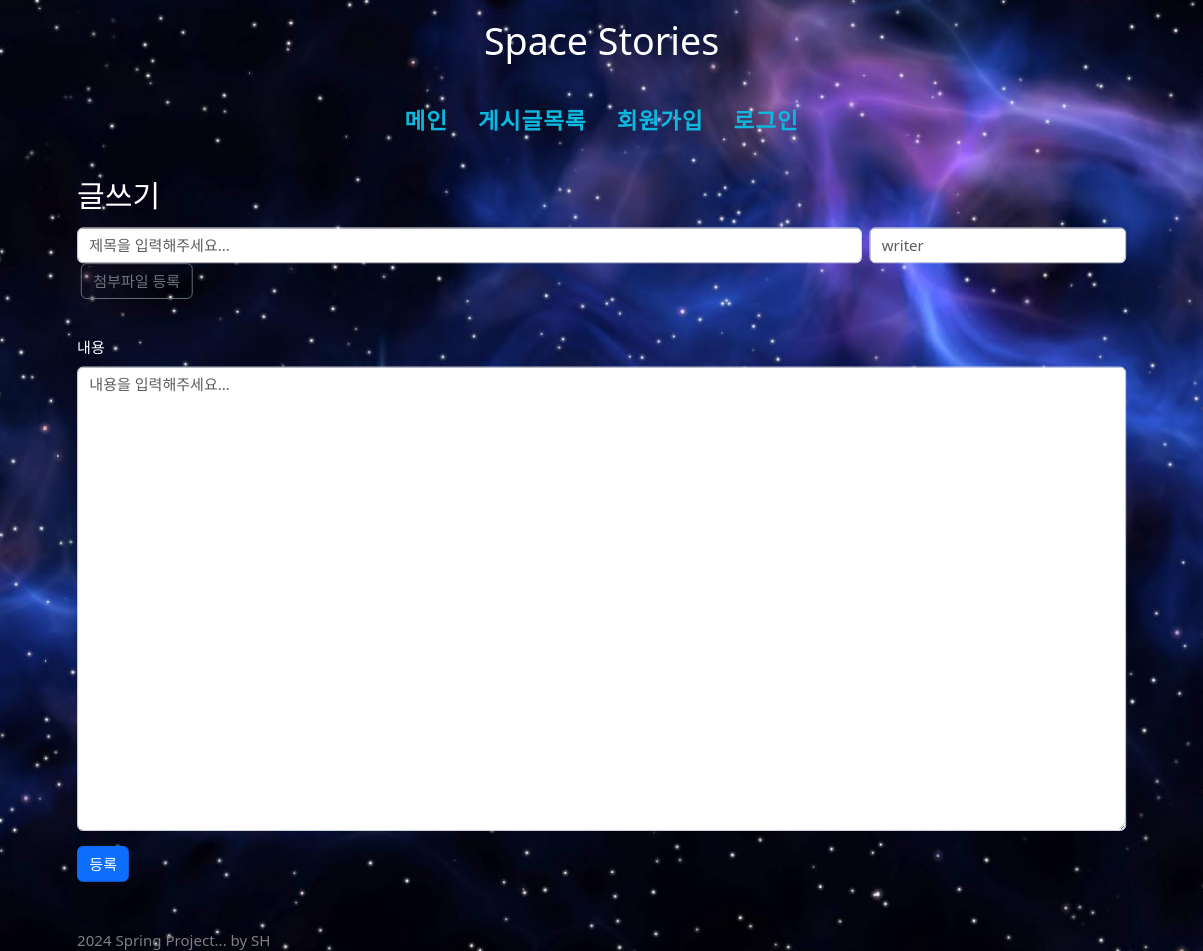
Repository: dtkd19/spring_personal_project
Page: http://localhost/myproject/WEB-INF/views/board/register.jsp
An editor plug-in stored every save of this project. The page is shown before and after a run of saves, followed by the edit.
The browser window is 1280 px wide. The pictures show the whole page, at 94% of full size.
The page is served by Tomcat 9. Nobody is signed in. Other server files are loaded and not shown. The template is opened directly, without the code that normally fills it, so the values that code supplies are empty.

Above is the page before, as saved 2024-11-08 09:12:54.

### myproject/src/main/webapp/WEB-INF/views/board/register.jsp
<%@ page language="java" contentType="text/html; charset=UTF-8"
	pageEncoding="UTF-8"%>
<%@ taglib uri="http://java.sun.com/jsp/jstl/core" prefix="c"%>
<%@ taglib uri="http://www.springframework.org/security/tags"  prefix="sec"%>

<jsp:include page="../layout/header.jsp" />

<sec:authentication property="principal.uvo.nickName" var="authNick"/>
<div class="container-md">
	<h2 style="margin-bottom: 15px">글쓰기</h2>
	<form action="/board/register" method="post" enctype="multipart/form-data">
		<div class="row g-2">
		  <div class="col-sm-9">
		   <input type="text"class="form-control" id="t" name="title" placeholder="제목을 입력해주세요...">
		  </div>
		  <div class="col-sm">
		    <input type="text" class="form-control" id="w" name="writer" placeholder="writer" value="${authNick }" readonly="readonly">
		  </div>
		</div>
		<div class="mb-3">
			<label for="file" class="form-label"></label>
			<input type="file" class="form-control" id="file" name="files" multiple="multiple" style="display:none">
			<button type="button" class="btn btn-outline-secondary" id="trigger">첨부파일 등록</button>
			<span id="fileZone"></span>
		</div>
		<div class="mb-3">
		<br>
			<label for="c" class="form-label">내용</label>
			<textarea class="form-control" id="c" rows="20" cols="5" name="content" placeholder="내용을 입력해주세요..."></textarea>
		</div>
		<button type="submit" class="btn btn-primary" id="regBtn">등록</button>
	</form>
</div>

<script type="text/javascript" src="/resources/js/boardRegister.js"></script>

<jsp:include page="../layout/footer.jsp" />

### myproject/src/main/webapp/resources/css/header.css
@charset "UTF-8";

body{
	background-image: url("../image/123123123.jpg");
    background-size: cover;
    background-position: center center;
    background-repeat: no-repeat;

.nbar{
	width : 100%;
	color: #ECF0F5;
}

.nbar a{
	  color: #0DB8DE;
	  text-decoration: none;
	  font-weight: bold;
	  letter-spacing: 1px;
	  transition: color 0.3s ease;
	  margin-top: 10px;
}
.nbar a:hover {
    color: #0098C;
}

.container-md{
	margin-top: 30px;
	color: white;
}

.pj{
	padding: 20px;
	color: white;
}

### myproject/src/main/webapp/resources/js/boardRegister.js
console.log("boardRegister.js.in");

document.getElementById('trigger').addEventListener('click', () => {
    document.getElementById('file').click();
})

// 실행파일에 대한 정규표현식 작성 / 파일 최대 사이즈 20MB
const regExp = new RegExp("\.(exe|jar|msi|dll|sh|bat)$");
const maxSize = 1024*1024*20;

function fileValidation(fileName, fileSize){
    if(regExp.test(fileName)){
        return 0;
    } else if (fileSize > maxSize){
        return 0;
    } else {
        return 1;
    }
}

document.addEventListener('change', (e) => {
    console.log(e.target);
    if(e.target.id == 'file'){ // 파일창에 변화가 생겼다면..
        // type="file" element에 저장된 file 정보를 가져오는 property files
        const fileObj = document.getElementById('file').files;
        console.log(fileObj);

        // 한번 disabled 되면 혼자 false가 될 수 없기때문에 버튼을 원상복구.
        document.getElementById('regBtn').disabled = false;

        // 내가 등록한 파일 정보를 파일 목록으로 추가
        // 등록한 파일이 fileValidation 에 맞지 않으면 register 버튼을 비활성화
        // 파일 목록에 업로드 불가능이라고 추가 빨간색 폰트추가
        let div = document.getElementById('fileZone');
        div.innerHTML = ""; // 새로 추가되는 목록이 있다면 삭제하고 처리

       // 여러개의 첨부파일이 모두 검증을 통과해야만 register 버튼을 활성화
       // isOk = 1 * 리턴이 0이 하나라도 있으면 => 0  (1부터 시작하는 누적 곱)
       let isOk = 1;
       let ul = ` <ul class="list-group list-group-flush">`
        // 개별 파일에 대한 검증 / 결과 표시
        for(let file of fileObj){
            // 개별 파일에 대한 검증 결과 리턴 변수
            let validResult = fileValidation(file.name, file.size)
            isOk *=  validResult;
            ul +=  `<li class="list-group-item">`;
            ul += `<div class="ms-2 me-auto">`;
            ul += `${validResult ? `<div class="fw-bold text-success-emphasis"></div>` : `<div class="fw-bold text-danger-emphasis">업로드 불가능</div>`}`;
            ul += `${file.name}</div>`;
            ul += `<span class="badge text-bg-${validResult ? 'success' : 'danger'} rounded-pill">${file.size}Bytes</span>`
            ul += `</li>`;
        }
       ul += `</ul>`
       div.innerHTML += ul;
        if(isOk == 0){
            // 하나라도 검증을 통과하지 못한 파일이 있다면... 버튼 비활성화
            document.getElementById('regBtn').disabled = true;
        }


    }
})

Loaded but not shown: myproject/src/main/webapp/WEB-INF/views/layout/header.jsp (common file); myproject/src/main/webapp/WEB-INF/views/layout/footer.jsp (common file)

After the next 2 saves:
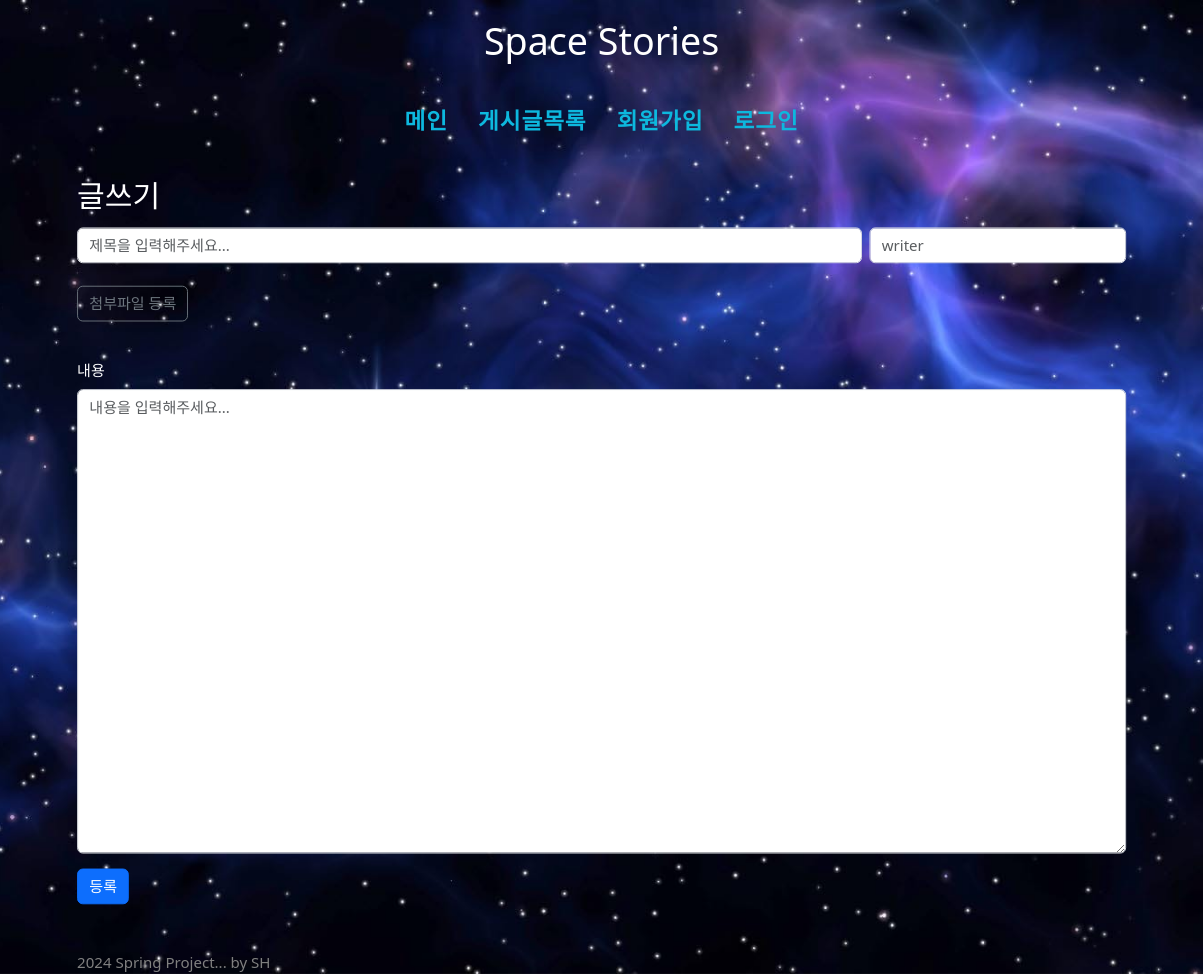
The 2 saves are shown as one change because they came seconds apart.
The last was saved 16 s later.
--- a/myproject/src/main/webapp/WEB-INF/views/board/register.jsp
+++ b/myproject/src/main/webapp/WEB-INF/views/board/register.jsp
@@ -20,7 +20,9 @@
 		<div class="mb-3">
 			<label for="file" class="form-label"></label>
 			<input type="file" class="form-control" id="file" name="files" multiple="multiple" style="display:none">
+			<div class="fBtn">
 			<button type="button" class="btn btn-outline-secondary" id="trigger">첨부파일 등록</button>
+			</div>
 			<span id="fileZone"></span>
 		</div>
 		<div class="mb-3">
